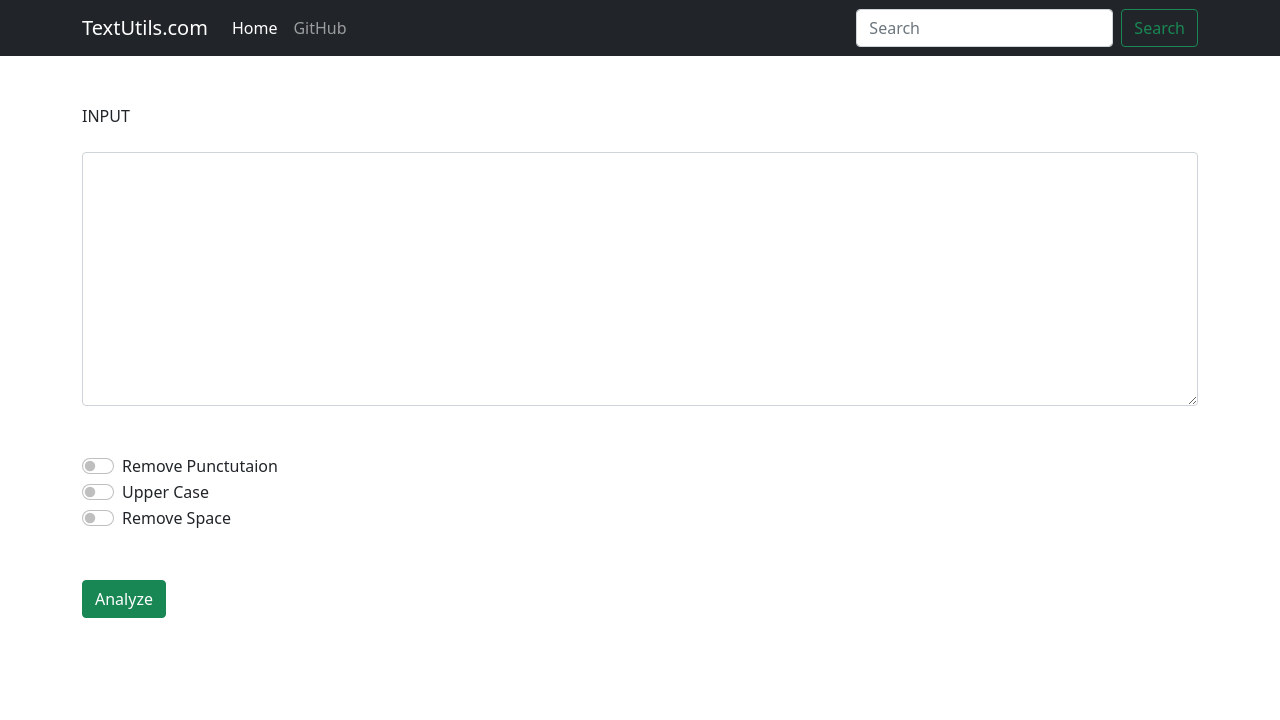
Repository: thenameisshreyank/Textutility
Page: http://localhost/
An editor plug-in stored every save of this project. The page is shown before and after the next save, followed by the edit.
The browser window is 1280 px wide. The pictures show the whole page.
The page is served by the project's application, run on Django 4.2 (manage.py).

Above is the page before, as saved 2022-04-15 11:04:55.

After the next save:
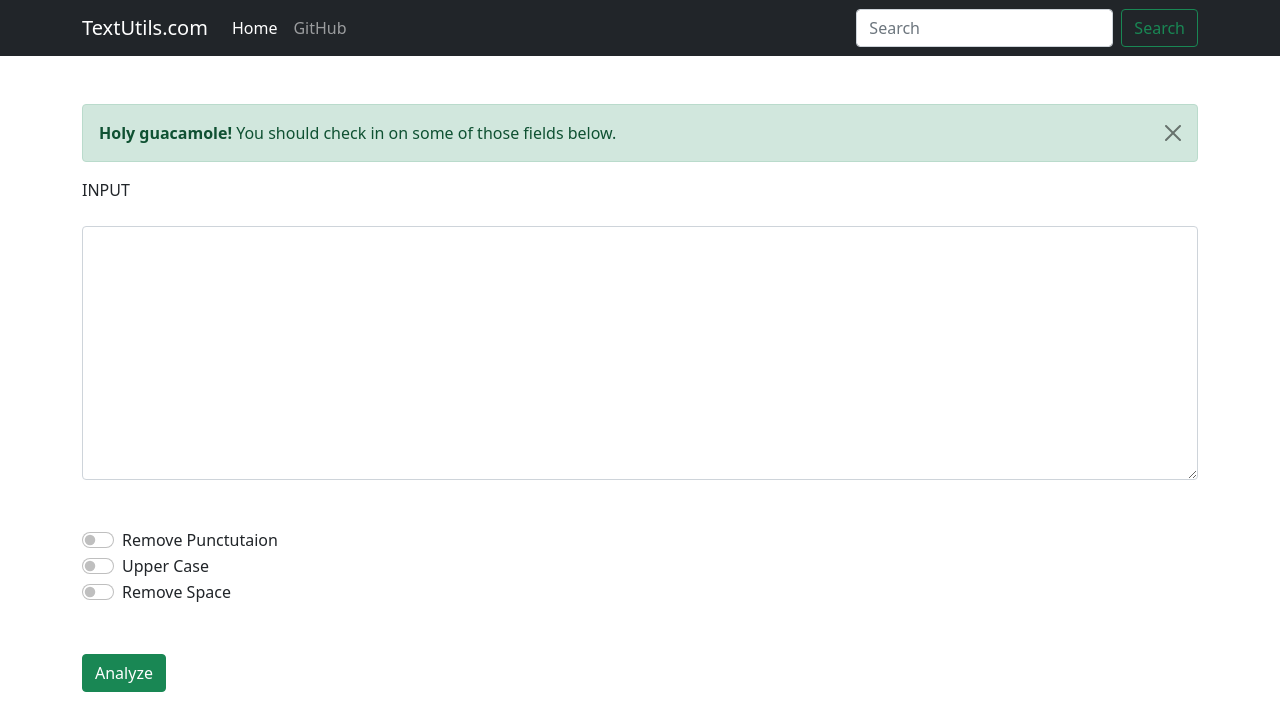
Saved 2 min 3 s later.
--- a/templates/index.html
+++ b/templates/index.html
@@ -37,6 +37,10 @@
       </nav><br><br>
       <form action="analyze" method="get">
         <div class="container">
+          <div class="alert alert-success alert-dismissible fade show" role="alert">
+            <strong>Holy guacamole!</strong> You should check in on some of those fields below.
+            <button type="button" class="btn-close" data-bs-dismiss="alert" aria-label="Close"></button>
+          </div>
         <div class="form-group">
           <label for="exampleFormControlTextarea1">INPUT</label><br><br>
           <textarea class="form-control" id="textarea" name="text" rows="10"></textarea>
